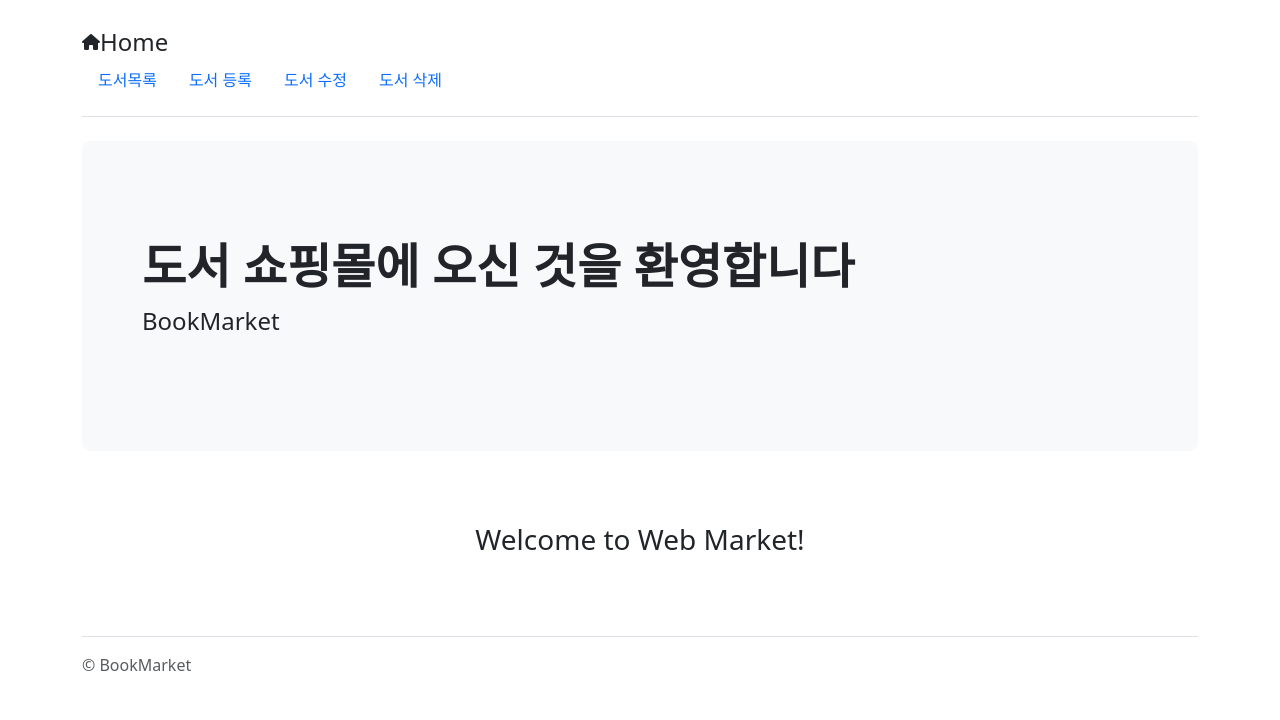
Repository: byeolchorong/ITedunet
Page: http://localhost/BookMarket/welcome_1.jsp
An editor plug-in stored every save of this project. The page is shown before and after a run of saves, followed by the edit.
The browser window is 1280 px wide. The pictures show the whole page.
Some web libraries are served in a nearby version. The page is served by Tomcat 10. Nobody is signed in. The application's start-up code is not run.

Above is the page before, as saved 2025-05-22 01:41:18.

After the next 3 saves:
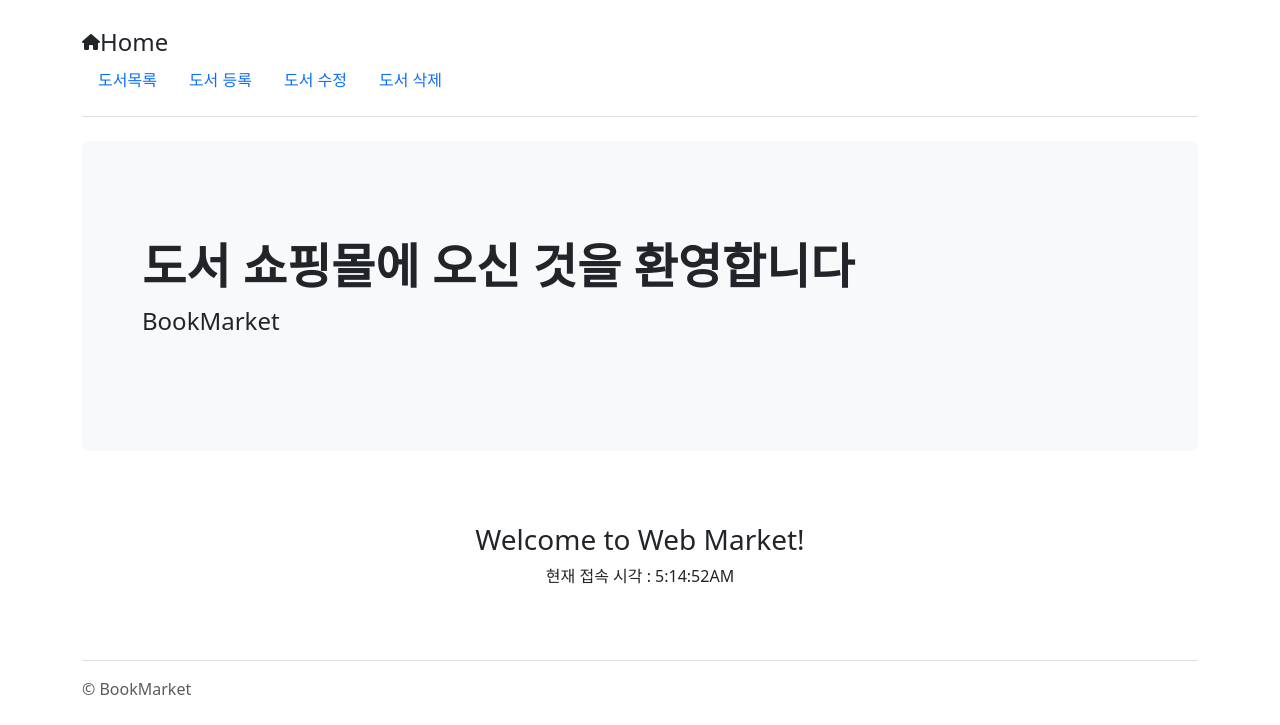
The 3 saves are shown as one change because 1 did not build or start and some came seconds apart.
The last was saved 108 s later.
--- a/JSP/BookMarket/src/main/webapp/welcome_1.jsp
+++ b/JSP/BookMarket/src/main/webapp/welcome_1.jsp
@@ -38,6 +38,8 @@
 							am_pm = "PM";
 							hour=hour-12;
 						}
+						String CT = hour + ":" + minute + ":" + second + "" + am_pm;
+						out.println("현재 접속 시각 : " + CT + "\n");
 					%>
 
 				</div>
